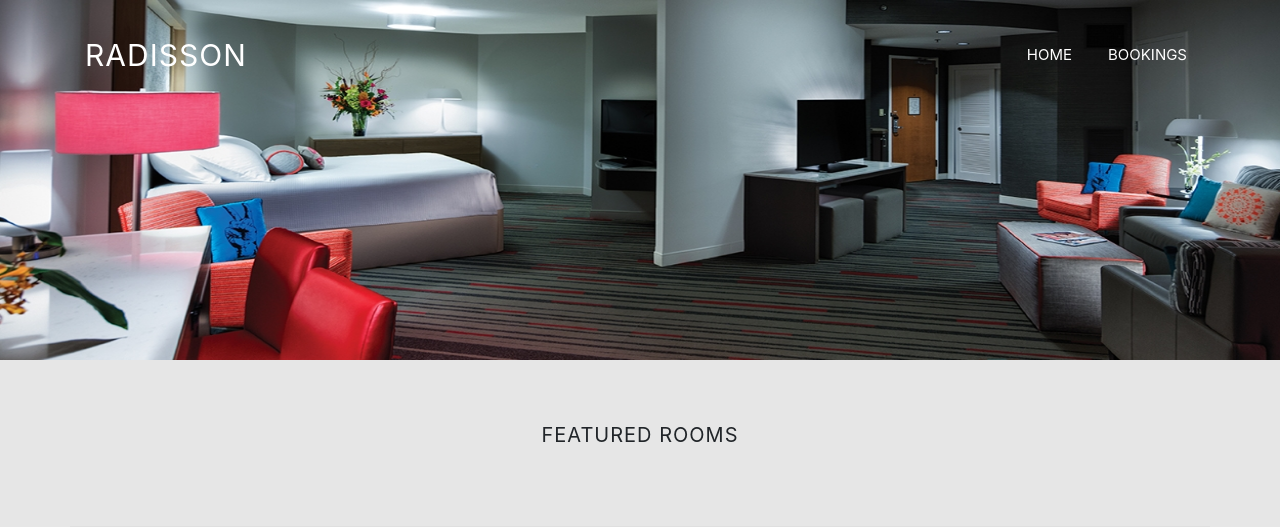
Repository: kapsky5/HotelManagement
Page: rooms.html
These files come from the project's save history. The page is drawn as it stood at one moment and after the next save; the edit follows.
The browser window is 1280 px wide. The pictures show the part of the page from y = 0 to 527 px (the page is 2306 px tall).
Pictures or frames that could not be fetched are drawn as grey boxes. Some web libraries are served in a nearby version.

Above is the page before, as saved 2019-10-21 00:13:13.

### rooms.html
<!DOCTYPE html>
<html lang="en">
<head>
    <meta charset="UTF-8">
    <meta name="viewport" content="width=device-width, initial-scale=1.0">
    <meta http-equiv="X-UA-Compatible" content="ie=edge">
    <title>RADISSON BLU</title>
    <link rel="stylesheet" href="css/main.css">
    <link rel="stylesheet" href="https://maxcdn.bootstrapcdn.com/bootstrap/4.0.0/css/bootstrap.min.css" integrity="sha384-Gn5384xqQ1aoWXA+058RXPxPg6fy4IWvTNh0E263XmFcJlSAwiGgFAW/dAiS6JXm" crossorigin="anonymous">
    <!-- <script src="https://kit.fontawesome.com/82e6195eae.js" crossorigin="anonymous"></script> -->
</head>
<body>

    <nav class="navbar navbar-expand-lg navbar-light fixed-top" id="caro" style="margin-top: 20px;">
        <div class="container">
            <a class="navbar-brand" href="#">RADISSON</a>
            <button class="navbar-toggler" type="button" data-toggle="collapse" data-target="#navbarSupportedContent">
                <span class="navbar-toggler-icon"></span>
            </button>

            <div class="collapse navbar-collapse" id="navbarSupportedContent" >
                <ul class="navbar-nav ml-auto">
                    <li class="nav-item active ">
                        <a class="nav-link" href="./index.html">Home <span class="sr-only">(current)</span></a>
                    </li>
                    <li class="nav-item">
                        <a class="nav-link" href="./rooms.html">Bookings</a>
                    </li>
                </ul>
            </div>
        </div>
    </nav>

    <div>
        <img src="./images/cover1.jpg" class="image">
    </div>

    <div class="containerz">
        <div class="container" style="padding: 0px;">
            <div class="text-center" style="padding: 60px 0;">
                <p class="heading1">Featured rooms</p>
            </div>
            <div class="card">
                <div class="card-body">
                    <div class="row">
                        <div class="col-md-7">
                            <img class="room-img" src="images/suite.jpg">
                        </div>
                        <div class="col-md-5 dpt" >
                            <h3 class="head-room">Suite</h3>
                            <br>
                            <p>Pellentesque habitant morbi tristique senectus et netus ett mauada fames ac turpis egestas. Etiam euismod tempor leo, in suscipit urna condimentum sed. Vivamus augue enim, consectetur ac interdum a, pulvinar ac massa. Nullam malesuada congue</p>
                            <br>
                            <button class="btn btn-primary">Book Now</button>
                        </div>
                    </div>
                </div>
            </div>
            <div class="card" style="margin: 40px 0px;">
                <div class="card-body">
                    <div class="row">
                        <div class="col-md-6 dpt">
                            <h3 class="head-room">Suite</h3>
                            <br>
                            <p>Pellentesque habitant morbi tristique senectus et netus ett mauada fames ac turpis egestas. Etiam euismod tempor leo, in suscipit urna condimentum sed. Vivamus augue enim, consectetur ac interdum a, pulvinar ac massa. Nullam malesuada congue</p>
                            <br>
                            <button class="btn btn-primary">Book Now</button>
                        </div>
                        <div class="col-md-6">
                            <img class="room-img" src="images/suite.jpg">
                        </div>
                    </div>
                </div>
            </div>
            <div class="card" >
                <div class="card-body">
                    <div class="row">
                        <div class="col-md-3">
                            <img class="room-img" src="images/suite.jpg">
                        </div>
                        <div class="col-md-3 dpt" >
                            <h3 class="head-room">Suite</h3>
                            <br>
                            <p>Pellentesque habitant morbi tristique senectus et netus ett mauada fames ac turpis egestas. Etiam euismod tempor leo, in suscipit urna condimentum sed.</p>
                            <br>
                            <button class="btn btn-primary">Book Now</button>
                        </div>
                        <div class="col-md-3">
                            <img class="room-img" src="images/suite.jpg">
                        </div>
                        <div class="col-md-3 dpt">
                            <h3 class="head-room">Suite</h3>
                            <br>
                            <p>Pellentesque habitant morbi tristique senectus et netus ett mauada fames ac turpis egestas. Etiam euismod tempor leo, in suscipit urna condimentum sed.</p>
                            <br>
                            <button class="btn btn-primary">Book Now</button>
                        </div>
                    </div>
                </div>
            </div>
        </div>
    </div>


    <script src="https://code.jquery.com/jquery-3.2.1.slim.min.js" integrity="sha384-KJ3o2DKtIkvYIK3UENzmM7KCkRr/rE9/Qpg6aAZGJwFDMVNA/GpGFF93hXpG5KkN" crossorigin="anonymous"></script>
    <script src="https://cdnjs.cloudflare.com/ajax/libs/popper.js/1.12.9/umd/popper.min.js" integrity="sha384-ApNbgh9B+Y1QKtv3Rn7W3mgPxhU9K/ScQsAP7hUibX39j7fakFPskvXusvfa0b4Q" crossorigin="anonymous"></script>
    <script src="https://maxcdn.bootstrapcdn.com/bootstrap/4.0.0/js/bootstrap.min.js" integrity="sha384-JZR6Spejh4U02d8jOt6vLEHfe/JQGiRRSQQxSfFWpi1MquVdAyjUar5+76PVCmYl" crossorigin="anonymous"></script>
</body>
</html>


<div class="image" style="background-image:url(assets/images/hotel_feture_1.jpg);">
    <div class="descrip text-center">
      <p><small>For as low as</small><span>$100/night</span></p>
    </div>
  </div>

### css/main.css
.fixed-top{
    position: absolute !important;
}
.carousel-item{
    height: 100vh;
    min-height: 300px;
    background: no-repeat center center scroll;
    -webkit-baackground-size: cover;
    background-size: cover;
    position: absolute;
}
.carousel-caption {
    top: 40% !important;
}
.carousel-caption h5{
    color: #ffffff;
    text-transform: uppercase;
    font-size: 35px;
    letter-spacing: 2px;
    margin-top:25px;
}
.navbar-light .nav-link{
    text-transform: uppercase;
    color: #ffffff !important;
    font-size: 15px;
    margin-left: 20px;
}
.navbar-light .navbar-brand{
    color: #ffffff !important;
    font-size: 30px;
    letter-spacing: 1px;
}
.nav-link:active, .nav-link:hover {
    color: #F75A4C !important;
}
.carousel-caption .btn {
    margin: 40px 20px;
    padding: 15px 30px;
    border-radius: 40px;
    background: #F75A4C;
    border: none;
    text-transform: uppercase;
    font-size: 18px;
}
.carousel-caption .btn:hover{
    background: #454244;
}
.fac{
    margin: 0 auto;
    font-size: 25px;
    letter-spacing: 1px;
}
.tabx h6{
    font-weight: 600 !important;
}
.nav-item.nav-link{
    color: rgb(192, 192, 192);
}
.nav-item.nav-link.active{
    color: #F75A4C !important;
    background-color: #ffffff !important;
}
#tabs .nav > a{
    border-radius: 0px;
    padding: 40px 1rem;
    border-bottom: 1px solid rgb(192, 192, 192);
}
#tabs .nav > a.active{
    border-bottom: 1px solid #F75A4C;
}
.containerx{
    padding: 40px;
}
.containerx p{
    font-size: 18px;
    line-height: 1.8;
    color: #848484;
}
.tabImg{
    max-width: 100%;
    height: 550px;
}
.heading{
    color: #F75A4C;
    text-transform: uppercase;
    margin-bottom: 20px;
}
.sub-heading{
    margin-top: 20px;
    font-size: 16px;
    color: rgb(192, 192, 192);
}
.foot{
    margin-top: 50px;
    background-color: #E6E6E6;
}
.rowinfoot{
    padding: 30px 0px;
}
.foo-head{
    font-size: 20px;
    color: #F75A4C;
    margin: 20px 0;
}
.foo-text{
    font-size: 16px;
    line-height: 1.5;
}
.foo-text li a{
    color: black;
    text-decoration: none;
}
.copyright {
    color: white;
    background: #554f53;
    justify-content: center;
}
.copyright p{
    margin-bottom: 0;
}
.image{
    width: 100%;
    height: 50vh;
}
.containerz{
    background-color: #E6E6E6;
}
.heading1{
    text-transform: uppercase;
    font-size: 20px;
    letter-spacing: 1px;
}
.room-img{
    width: 100%;
    height: 415px;
}
.card{
    border-radius: 0px !important;
}
.card-body{
    padding: 0px !important;
}
.head-room{
    color: #F75A4C;
    font-size: 22px;
    text-transform: uppercase;
    letter-spacing: 1px;
}
.col-md-5, .col-md-7, .col-md-6, .col-md-3{
    padding: 0px !important;
}
.dpt{
    padding: 40px 50px !important;
}
.dpt p{
    font-size: 18px;
    line-height: 1.8;
    color: #848484;
}
.row{
    margin: 0px !important;
}

After the next save:
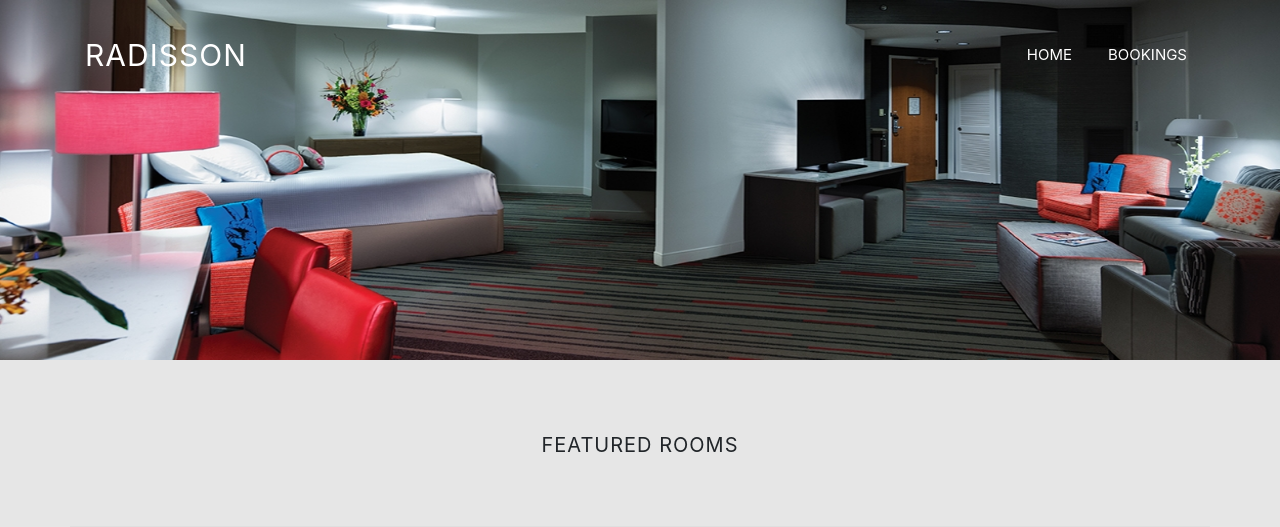
Saved 6 min 4 s later.
--- a/rooms.html
+++ b/rooms.html
@@ -37,7 +37,7 @@
 
     <div class="containerz">
         <div class="container" style="padding: 0px;">
-            <div class="text-center" style="padding: 60px 0;">
+            <div class="text-center" style="padding: 70px 0 50px 0;">
                 <p class="heading1">Featured rooms</p>
             </div>
             <div class="card">
